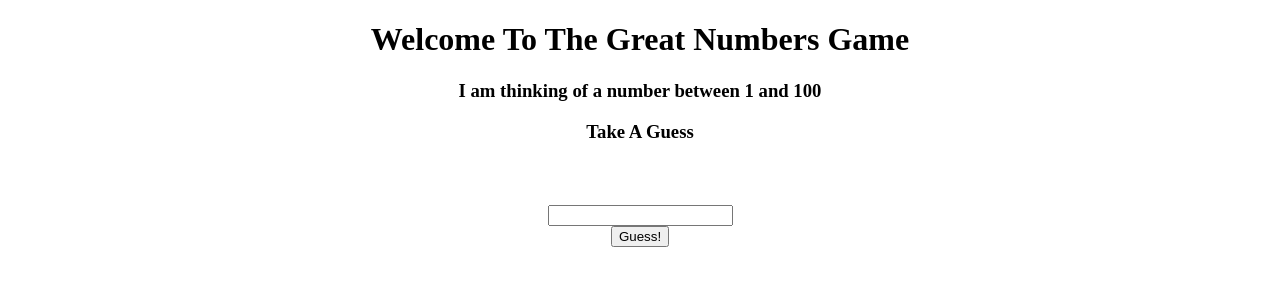
Repository: a-rydzak/Java
Page: http://localhost/GNumbers/Home
The author's editor kept a copy of each file at every save. The page is drawn from the files as they stood at one save, then again after a run of saves.
The browser window is 1280 px wide. The pictures show the whole page.
The page is served by Tomcat 9. Other server files are loaded and not shown.

Above is the page before, as saved 2019-07-15 14:24:23.

### Java MVC/Great Number Game/GNumbers/WebContent/WEB-INF/views/Home.jsp
<%@ taglib prefix="c" uri="http://java.sun.com/jsp/jstl/core" %>
<%@ page language="java" contentType="text/html; charset=UTF-8"
    pageEncoding="UTF-8"%>
<%@ taglib prefix="c" uri="http://java.sun.com/jsp/jstl/core" %>
<!DOCTYPE html>
<html>
<head>
	<meta charset="ISO-8859-1">
	<title>Great Number Game</title>
	<style><%@include file="/WEB-INF/css/Home.css"%></style>
</head>
<body>

	<div id="container">
		<h1>Welcome To The Great Numbers Game</h1>
		<h3>I am thinking of a number between 1 and 100</h3>
		<h3>Take A Guess</h3>

	<div id="resultContainer">
	<c:choose>
	   <c:when test="${result =='high'}"><h1 class="incorrect">Too High</h1></c:when>
	   <c:when test="${result =='low'}"><h1 class="incorrect">Too Low</h1></c:when>
	   <c:when test="${result =='correct'}" ><h1 id="correct">You Got It!</h1></c:when>
	   <c:otherwise><h1></h1></c:otherwise>
	</c:choose>
	</div>

		<div id="submitForm">
	      <form name="submitForm" method="POST" action="Guess">
	         <input type="number" name="guess" required>
	         <br>
	         <input type = "submit" value = "Guess!" />
	      </form>
		</div>
	</div>

</body>
</html>

### Java MVC/Great Number Game/GNumbers/WebContent/WEB-INF/css/Home.css
@charset "ISO-8859-1";

#container{
	width:100%;
	text-align:center;
}

#resultContainer{
	width:100%;
	align-content:center;
	text-align:center;
}

.incorrect{
	margin-top:20px;
	margin-bottom:20px;
	vertical-align:middle;
	margin:auto;
	width:100px;
	height:100px;
	background-color: red;
}

#correct{
	margin-top:20px;
	margin-bottom:20px;
	vertical-align:middle;
	margin:auto;
	width:100px;
	height:100px;
	background-color: green;
}

#submitForm{
	margin-top:22px;
}

### Java MVC/Great Number Game/GNumbers/src/com/andrew/rydzak/web/controllers/Home.java
package com.andrew.rydzak.web.controllers;

import java.io.IOException;

import javax.servlet.RequestDispatcher;
import javax.servlet.ServletException;
import javax.servlet.annotation.WebServlet;
import javax.servlet.http.HttpServlet;
import javax.servlet.http.HttpServletRequest;
import javax.servlet.http.HttpServletResponse;
import javax.servlet.http.HttpSession;
import com.andrew.rydzak.web.models.Number;
/**
 * Servlet implementation class Home
 */
@WebServlet("/Home")
public class Home extends HttpServlet {
	private static final long serialVersionUID = 1L;

    /**
     * @see HttpServlet#HttpServlet()
     */
    public Home() {
        super();
        // TODO Auto-generated constructor stub
    }

	/**
	 * @see HttpServlet#doGet(HttpServletRequest request, HttpServletResponse response)
	 */
	protected void doGet(HttpServletRequest request, HttpServletResponse response) throws ServletException, IOException {
		HttpSession session = request.getSession();
		Integer number = (Integer) session.getAttribute("number");

		if(number == null) {
			Number random = new Number();
			int randNum = random.getNumber();
			session.setAttribute("number", randNum);
			session.setAttribute("result", "none");
		}

		request.setAttribute("result", session.getAttribute("result"));
		System.out.println(session.getAttribute("result"));
        RequestDispatcher view = request.getRequestDispatcher("/WEB-INF/views/Home.jsp");
        view.forward(request, response);
	}

	/**
	 * @see HttpServlet#doPost(HttpServletRequest request, HttpServletResponse response)
	 */
	protected void doPost(HttpServletRequest request, HttpServletResponse response) throws ServletException, IOException {
		// TODO Auto-generated method stub
		doGet(request, response);
	}

}

### Java MVC/Great Number Game/GNumbers/src/com/andrew/rydzak/web/models/Number.java
package com.andrew.rydzak.web.models;

public class Number {

	private int number;

	public Number() {
		this.number = this.setNumber();
	}

	private int setNumber() {
		int num = (int) (Math.floor(Math.random() * 10) + 1);
		return num;
	}

	public int getNumber() {
		return this.number;
	}

}

After the next 2 saves:
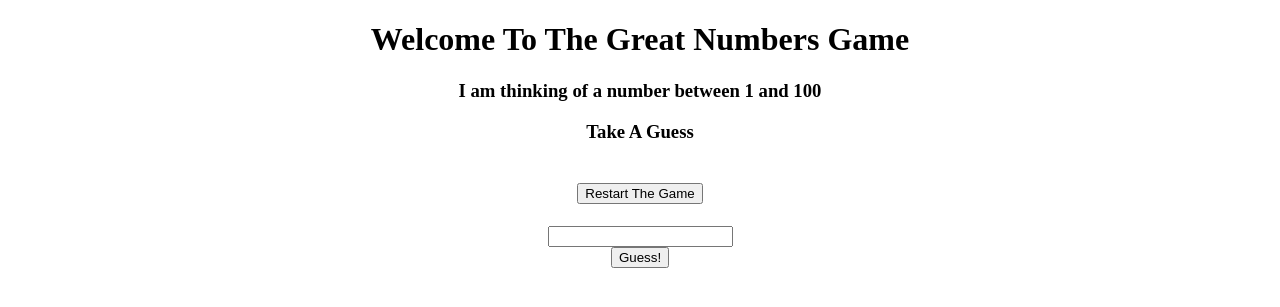
The 2 saves are shown as one change because they came seconds apart.
The last was saved 59 s later.
--- a/Java MVC/Great Number Game/GNumbers/WebContent/WEB-INF/views/Home.jsp
+++ b/Java MVC/Great Number Game/GNumbers/WebContent/WEB-INF/views/Home.jsp
@@ -24,7 +24,9 @@
 	   <c:otherwise><h1></h1></c:otherwise>
 	</c:choose>
 	</div>
-
+	      <form name="submitForm" method="POST" action="Restart">
+	         <input type = "submit" value = "Restart The Game" />
+	      </form>
 		<div id="submitForm">
 	      <form name="submitForm" method="POST" action="Guess">
 	         <input type="number" name="guess" required>

After the 2 saves that followed:
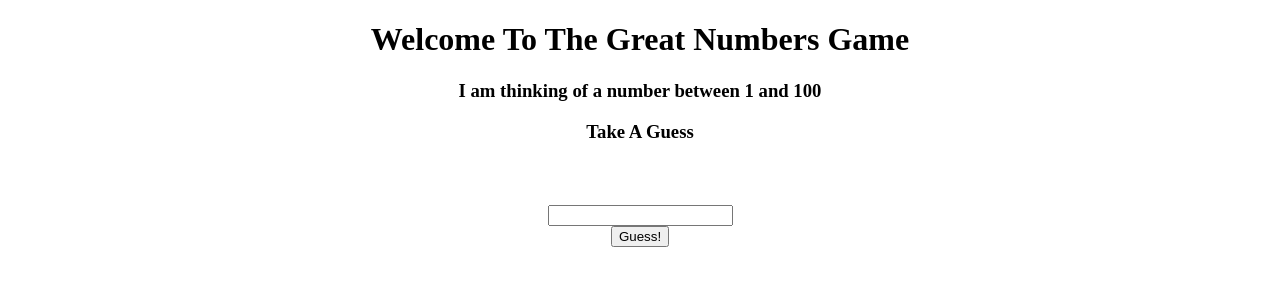
The 2 saves are shown as one change because 1 left the picture as it was.
The last was saved 38 s later.
--- a/Java MVC/Great Number Game/GNumbers/WebContent/WEB-INF/views/Home.jsp
+++ b/Java MVC/Great Number Game/GNumbers/WebContent/WEB-INF/views/Home.jsp
@@ -20,13 +20,15 @@
 	<c:choose>
 	   <c:when test="${result =='high'}"><h1 class="incorrect">Too High</h1></c:when>
 	   <c:when test="${result =='low'}"><h1 class="incorrect">Too Low</h1></c:when>
-	   <c:when test="${result =='correct'}" ><h1 id="correct">You Got It!</h1></c:when>
+	   <c:when test="${result =='correct'}" >
+	   		<h1 id="correct">You Got It!</h1>
+	   		<form name="submitForm" method="POST" action="Restart">
+	        	<input type = "submit" value = "Restart The Game" />
+	        </form>
+	  </c:when>
 	   <c:otherwise><h1></h1></c:otherwise>
 	</c:choose>
 	</div>
-	      <form name="submitForm" method="POST" action="Restart">
-	         <input type = "submit" value = "Restart The Game" />
-	      </form>
 		<div id="submitForm">
 	      <form name="submitForm" method="POST" action="Guess">
 	         <input type="number" name="guess" required>
